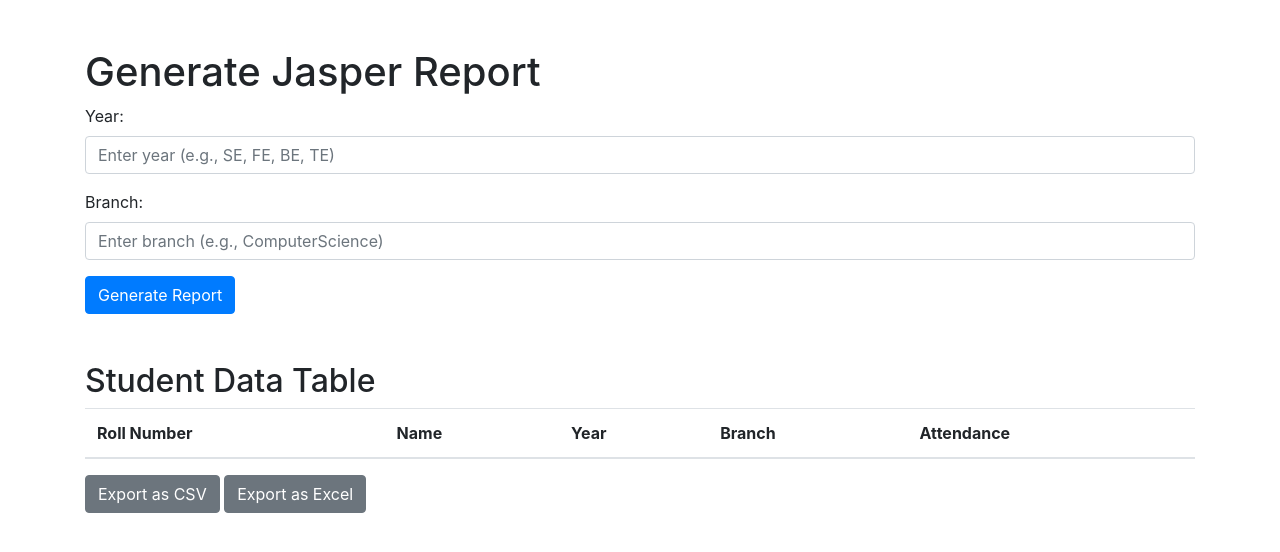
Repository: supranshu/CrystalReportGenerator
Page: http://localhost/generate_report
These files come from the project's save history. The page is drawn as it stood at one moment and after the next save; the edit follows.
The browser window is 1280 px wide. The pictures show the whole page.
The page is this project's Thymeleaf template; nobody is signed in. The template is opened directly, without the code that normally fills it, so the values that code supplies are empty.

Above is the page before, as saved 2023-07-25 12:59:42.

After the next save:
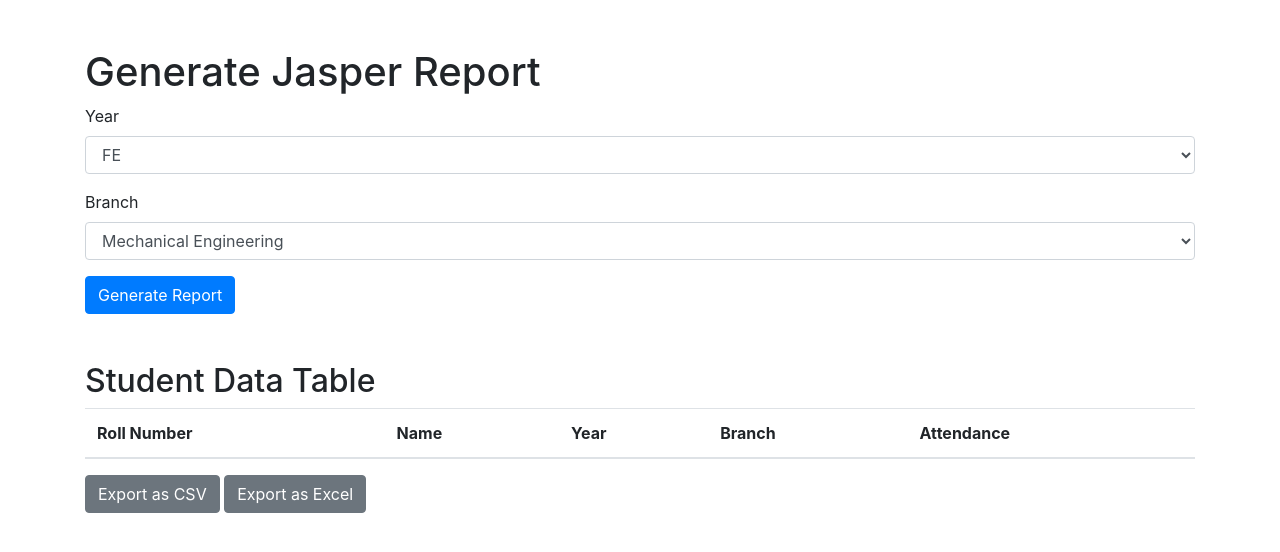
Saved 21 s later.
--- a/com.report/src/main/resources/templates/generate_report.html
+++ b/com.report/src/main/resources/templates/generate_report.html
@@ -10,13 +10,24 @@
     <div class="container mt-5">
         <h1>Generate Jasper Report</h1>
         <form th:action="@{/generate-report}" method="get" target="_blank">
-            <div class="form-group">
-                <label for="year">Year:</label>
-                <input type="text" class="form-control" id="year" name="year" placeholder="Enter year (e.g., SE, FE, BE, TE)">
+           <div class="form-group">
+                <label for="year">Year</label>
+                <select class="form-control" id="year" name="year" required>
+                    <option value="FE">FE</option>
+                    <option value="SE">SE</option>
+                    <option value="TE">TE</option>
+                    <option value="BE">BE</option>
+                </select>
             </div>
             <div class="form-group">
-                <label for="branch">Branch:</label>
-                <input type="text" class="form-control" id="branch" name="branch" placeholder="Enter branch (e.g., ComputerScience)">
+                <label for="branch">Branch</label>
+                <select class="form-control" id="branch" name="branch" required>
+                    <option value="MechanicalEngineering">Mechanical Engineering</option>
+                    <option value="ElectricalEngineering">Electrical Engineering</option>
+                    <option value="ComputerScience">Computer Science Engineering</option>
+                    <option value="CivilEngineering">Civil Engineering</option>
+                    <option value="InformationTechnology">Information Technology Engineering</option>
+                </select>
             </div>
             <button type="submit" class="btn btn-primary">Generate Report</button>
         </form>
